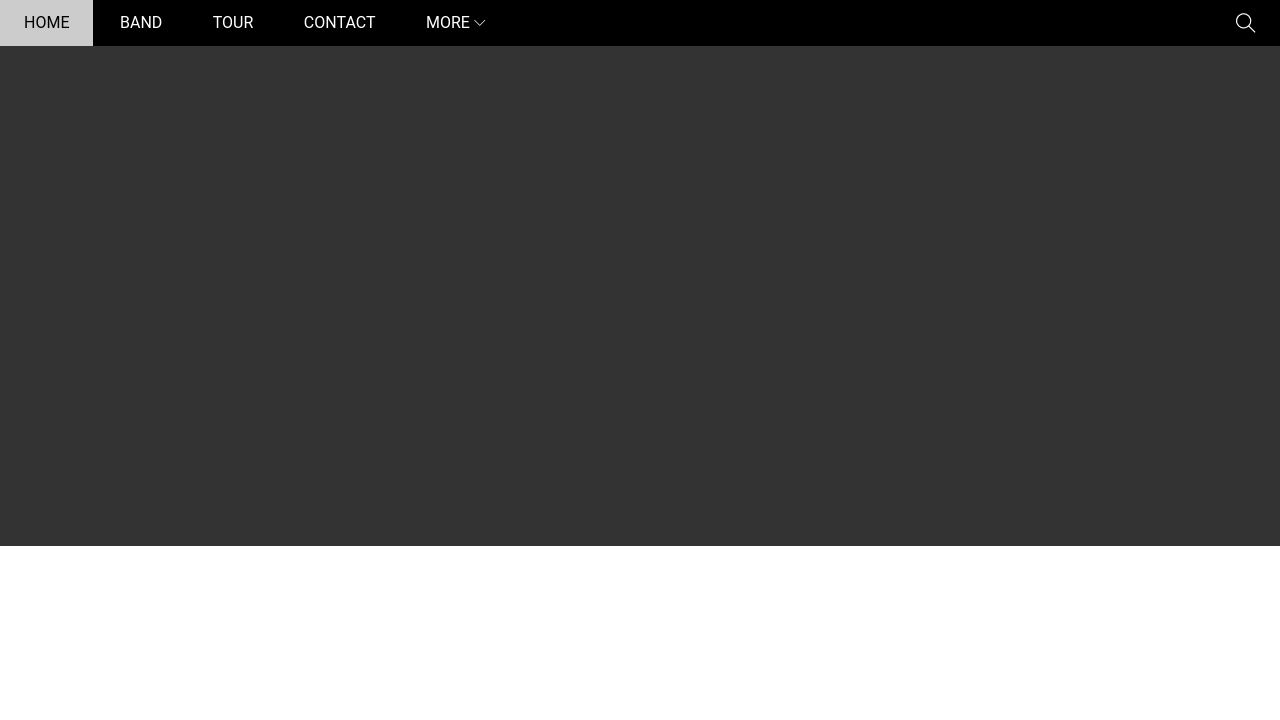
Repository: vuongld315/myLandingPage
Page: index.html
These files come from the project's save history. The page is drawn as it stood at one moment and after the next save; the edit follows.
The browser window is 1280 px wide. The pictures show the whole page.

Above is the page before, as saved 2022-07-22 12:45:19.

After the next save:
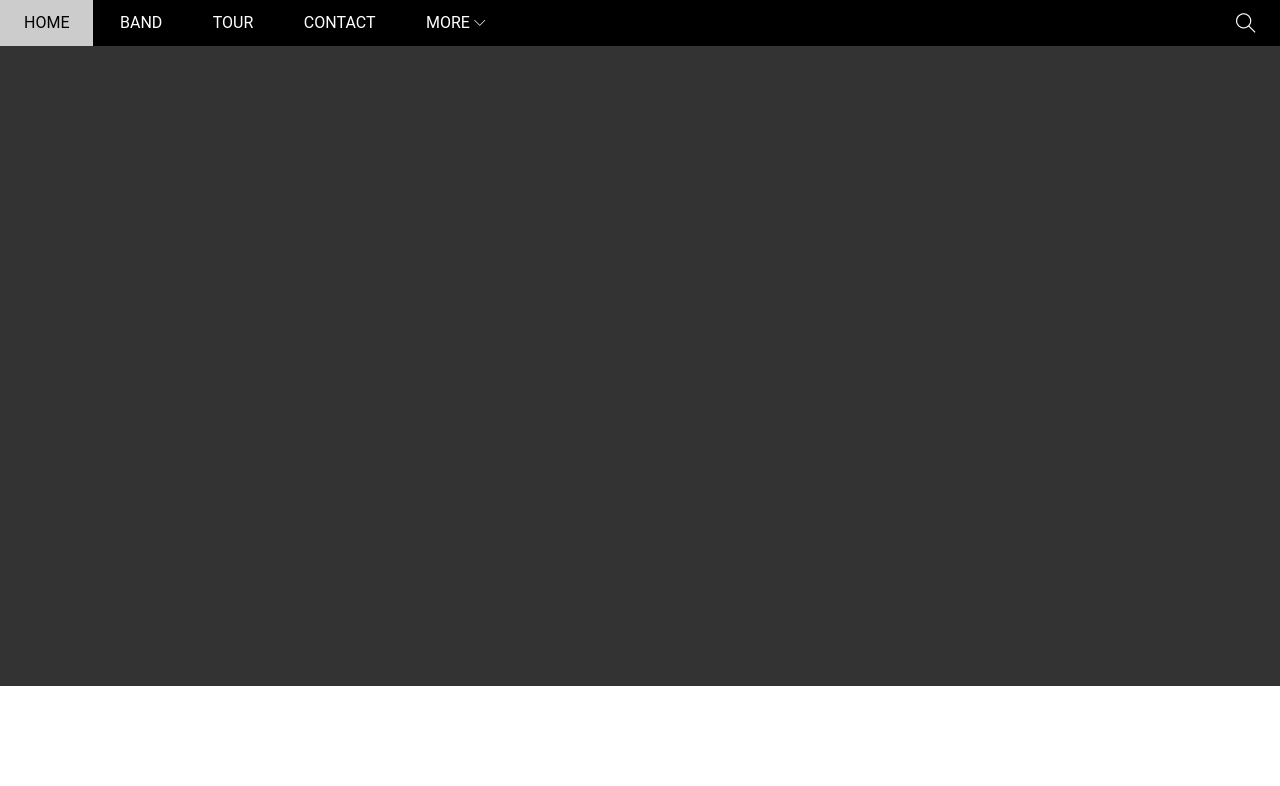
Saved 6 s later.
--- a/assets/css/main.css
+++ b/assets/css/main.css
@@ -119,7 +119,7 @@ body    {
     min-height: 500px;
     background-color: #333;
     margin-top: 46px;
-    pading
+    padding-top: 50%;
 }
 
 #content {
